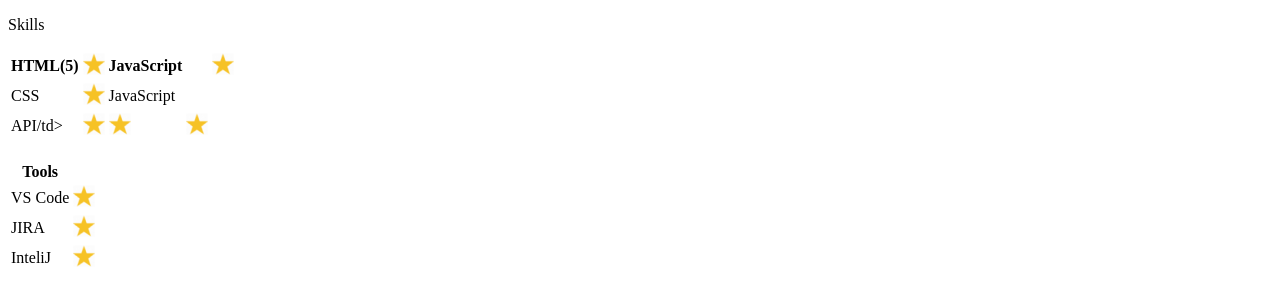
Repository: ew-code/Web-Development
Page: HTML - Personal Site/abilities.html
These files come from the project's save history. The page is drawn as it stood at one moment and after the next save; the edit follows.
The browser window is 1280 px wide. The pictures show the whole page.

Above is the page before, as saved 2021-01-03 17:22:20.

### HTML - Personal Site/abilities.html
<!DOCTYPE html>
<html lang="en">

<head>
  <meta charset="UTF-8">
  <meta name="viewport" content="width=device-width, initial-scale=1.0">
  <meta http-equiv="X-UA-Compatible" content="ie=edge">
  <title>Abilities</title>
</head>

<body>

  <p>Skills</p>
  <table>
    <colgroup span="4"></colgroup>
    <tr>
      <th>HTML(5)</th>
      <th><img src="images\star.png" alt="yellow star"></th>
      <th>JavaScript</th>
      <th><td><img src="images\star.png" alt="yellow star"></td></th>
    <tr>
      <td>CSS</td>
       <td><img src="images\star.png" alt="yellow star"></td>
      <td>JavaScript</td>
    </tr>
    <tr>
       <td>API/td>
      <td><img src="images\star.png" alt="yellow star"></td>
      <td><img src="images\star.png" alt="yellow star"></td>
      <td><img src="images\star.png" alt="yellow star"></td>
    </tr>
    </tbody>
  </table>
  <br>
  <table>
    <thead>
      <tr>
        <th>Tools</th>
      </tr>
    </thead>
    <tbody>
      <tr>
        <td>VS Code</td>
        <td><img src="images\star.png" alt="yellow star"></td>
      </tr>
      <tr>
        <td>JIRA</td>
        <td><img src="images\star.png" alt="yellow star"></td>
      </tr>
      <td>InteliJ</td>
      <td><img src="images\star.png" alt="yellow star"></td>
      </tr>
    </tbody>
  </table>

</body>

</html>

After the next save:
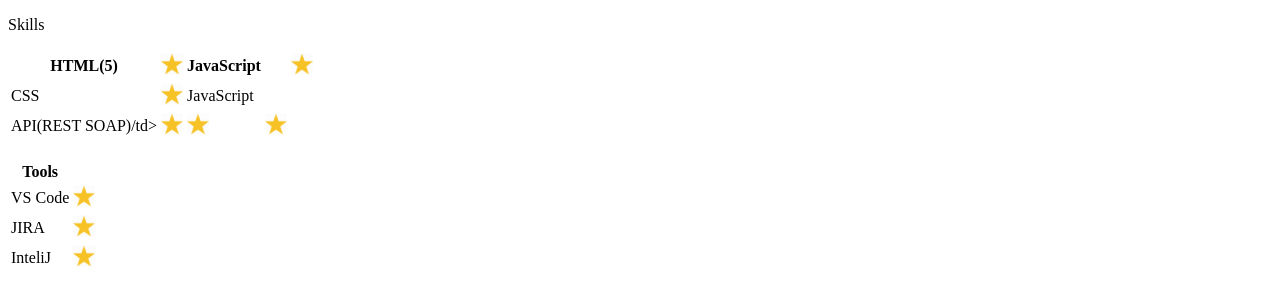
Saved 7 s later.
--- a/HTML - Personal Site/abilities.html
+++ b/HTML - Personal Site/abilities.html
@@ -24,7 +24,7 @@
       <td>JavaScript</td>
     </tr>
     <tr>
-       <td>API/td>
+       <td>API(REST SOAP)/td>
       <td><img src="images\star.png" alt="yellow star"></td>
       <td><img src="images\star.png" alt="yellow star"></td>
       <td><img src="images\star.png" alt="yellow star"></td>
